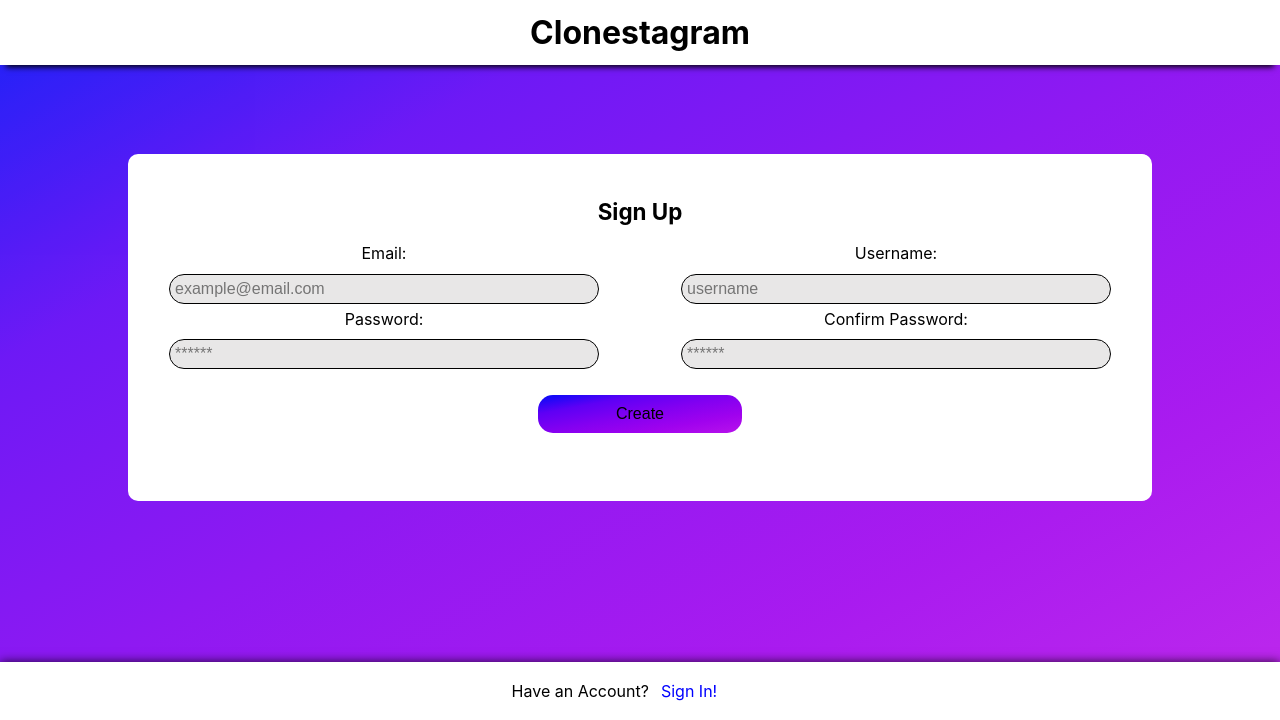
Repository: MikeMoore55/clonestagram
Page: /signup
An editor plug-in stored every save of this project. The page is shown before and after the next save, followed by the edit.
The browser window is 1280 px wide. The pictures show the whole page.
The page's requests for data from a server got no answer. The project was rebuilt for these pictures with package versions that can differ from the ones it lists, and the page was loaded fresh each time. The framework's server and built-in components were replaced by stand-ins that run in the browser. No one was signed in, and anything a server would have sent is missing. Also part of the build but not shown: next.config.js.

Above is the page before, as saved 2022-11-18 09:10:02.

### pages/_app.jsx
import Layout from '../components/Layout/Layout';
import '../styles/globals.css';

export default function MyApp({ Component, pageProps }) {
  return (
    <Layout>
      <Component {...pageProps} />
    </Layout>
  );
};

### pages/signup.jsx
import React from 'react';
import SignUpForm from '../components/Auth/SignUpForm';

export default function signup() {
    return (
        <div>
            <SignUpForm/>
        </div>
    );
};

### components/Layout/Layout.jsx
import React from 'react';
import Header from './Header';

export default function Layout({children}) {
  return (
    <div id='Layout'>
      <Header />
      {children}
    </div>
  );
};

### styles/globals.css
html,
body {
  padding: 0;
  margin: 0;
  font-family: -apple-system, BlinkMacSystemFont, Segoe UI, Roboto, Oxygen,
    Ubuntu, Cantarell, Fira Sans, Droid Sans, Helvetica Neue, sans-serif;
}

a {
  color: inherit;
  text-decoration: none;
}

* {
  box-sizing: border-box;
}

@media (prefers-color-scheme: dark) {
  html {
    color-scheme: dark;
  }

  body {
    color: black;
    background: rgb(234, 233, 233);
  }
}

### components/Auth/SignUpForm.jsx
import React, { useState } from 'react';
import { useRouter } from 'next/router';
import Link from 'next/link';
import { SupaBaseDB } from '../../utils/dbconnect';
import styles from '../../styles/SignUp.module.css'

export default function SignUpForm() {

    const router = useRouter();

    const [email, setEmail] = useState('');
    const [password, setPassword] = useState('');
    const [confirmPassword, setConfirmPassword] = useState('');
    const [username, setUsername] = useState('');

    const [errMsg, setErrMsg] = useState('');

    const createAccount = async (event) => {
        event.preventDefault();

        if (confirmPassword == '' && password == '' && username == '' && confirmPassword == '') {
            setErrMsg('fields cannot be blank');
        }
        else if (confirmPassword !== password) {
            setErrMsg('passwords dont match, try again');
            setPassword('');
            setConfirmPassword('');
        }
        else {
            const res = await SupaBaseDB
                .from("account")
                .insert([
                    {
                        email: email,
                        password: password,
                        username: username,
                    }
                ]);
            if (res.error) {
                setErrMsg(JSON.stringify(res.error));
            }
            else {
                setErrMsg('');
                router.push("/signin"); // when successful take them to 'signin'
            };
        };
    };

    return (
        <div className={styles.container}>

            <form onSubmit={createAccount} className={styles.signUpForm}>

                <h2 className={styles.heading}>
                  Sign Up
                </h2>

                <div className={styles.inputAreas}>
                    <div>
                        <label className={styles.label}>
                            Email:
                        </label>
                        <input
                        type='text'
                        className={styles.input}
                        value={email}
                        onChange={(e) => setEmail(e.target.value)}
                        placeholder='example@email.com'/>
                    </div>
                    <div>
                        <label className={styles.label}>
                        Username:
                        </label>
                        <input
                        type='text'
                        className={styles.input}
                        value={username}
                        onChange={(e) => setUsername(e.target.value)}
                        placeholder='username'/>
                    </div>
                    <div>
                        <label className={styles.label}>
                            Password:
                        </label>
                        <input
                        type='password'
                        className={styles.input}
                        value={password}
                        onChange={(e) => setPassword(e.target.value)}
                        placeholder='******'/>
                    </div>
                    <div>
                        <label className={styles.label}>
                            Confirm Password:
                        </label>
                        <input
                        type='password'
                        className={styles.input}
                        value={confirmPassword}
                        onChange={(e) => setConfirmPassword(e.target.value)}
                        placeholder='******'/>
                    </div>
                </div>

                <button type='submit' className={styles.btn}>
                    Create
                </button>

                <p className={styles.errMsg}>
                    {errMsg}
                </p>

            </form>

            <div className={styles.backgroundFeature}>
                1
            </div>

            <div className={styles.signInSection}>
                Have an Account?
                <span className={styles.signInText}>
                    <Link href={'/signin'}>
                        Sign In!
                    </Link>
                </span>
            </div>

        </div>
    );
};

### components/Layout/Header.jsx
import React from 'react';
import styles from '../../styles/Header.module.css';

export default function Header() {
    return (
        <header className={styles.header}>
            <h1>Clonestagram</h1>
        </header>
    );
};

### utils/dbconnect.js
import { createClient } from "@supabase/supabase-js";

const supabaseUrl = process.env.NEXT_PUBLIC_SUPABASE_URL;
const supabaseApi = process.env.NEXT_PUBLIC_SUPABASE_API_KEY;

export const SupaBaseDB = createClient(supabaseUrl, supabaseApi);

### styles/SignUp.module.css
.container {
    position: relative;
    padding-top: 20%;
}

.signUpForm {
    position: relative;
    padding: 2% 0% 3% 0%;
    width: 80%;
    margin: 5% 10% 5% 10%;
    text-align: center;
    background-color: white;
    border-radius: 10px;
}

.heading {
    position: relative;
    text-align: center;
    font-size: 1.6em;
}

.label {
    position: relative;
    text-align: center;
    font-size: 1.1em;
}

.input {
    position: relative;
    margin: 5% 10% 5% 10%;
    width: 80%;
    background-color: rgb(232, 231, 231);
    border: solid 1px black;
    border-radius: 10px;
    font-size: 1em;
    padding: 1%;
    color: gray;
}

.input:active {
    border: 1px blue solid;
    transform: scale(1.1);
}

.input:hover {
    border: 1px blue solid;
    transform: scale(1.1);
}

.errMsg {
    position: relative;
    color: red;
}

.btn {
    position: relative;
    border: none;
    background-image: linear-gradient(to right bottom, #000bf8, #5e00f5, #8300f1, #a002ee, #b812eb);
    border-radius: 10px;
    padding: 2% 2% 2% 2%;
    width: 40%;
    margin: 1% 30% 1% 30%;
    font-size: 1em;
}

.btn:active {
    transform: scale((0.9));
}

.backgroundFeature {
    position: fixed;
    color: transparent;
    background-image: linear-gradient(to right bottom, #000bf8, #5e00f5, #8300f1, #a002ee, #b812eb);
    width: 100%;
    height: 100%;
    bottom: 0%;
    right: 0%;
    top: 0%;
    left: 0%;
    z-index: -1;
    opacity: 0.9;
}

.signInSection {
    position: fixed;
    width: 100%;
    bottom: 0%;
    left: 0%;
    right: 0%;
    box-shadow: 0px 0 10px rgba(0, 0, 0, 0.8);
    padding: 5% 5% 5% 5%;
    background-color: white;
    text-align: center;
}

.signInText {
    position: relative;
    color: blue;
    margin-left: 2%;
}

@media (min-width: 490px) {
    .container {
        padding-top: 17%;
    }

    .signUpForm {
        padding: 2% 0% 3% 0%;
        margin: 3% 10% 5% 10%;
    }

    .heading {
        font-size: 2.2em;
    }

    .label {
        font-size: 1.5em;
    }

    .input {
        margin: 3% 10% 4% 10%;
        font-size: 1.3em;
        padding: 1%;
        border-radius: 15px;
    }

    .errMsg {
        font-size: 1.3em;
    }

    .btn {
        margin: 1% 30% 1% 30%;
        font-size: 1.5em;
        border-radius: 15px;
    }

    .signInSection {
        padding: 4% 5% 4% 5%;
        font-size: 1.4em;
    }

    .signInText {
        position: relative;
        color: blue;
        margin-left: 2%;
    }
}

@media (min-width: 1000px) {
    .container {
        padding-top: 10%;
    }

    .signUpForm {
        padding: 2% 0% 1% 0%;
        margin: 2% 10% 1% 10%;
        width: 80%;
    }

    .heading {
        font-size: 1.4em;
    }

    .inputAreas {
        position: relative;
        display: grid;
        grid-template-columns: 50% 50%;
        width: 100%;
    }

    .label {
        font-size: 1em;
    }

    .input {
        margin: 2% 8% 1% 8%;
        width: 84%;
        font-size: 1em;
        padding: 1%;
    }

    .errMsg {
        font-size: 1em;
        margin-bottom: 5%;
    }

    .btn {
        margin: 2% 40% 0.32% 40%;
        width: 20%;
        font-size: 1em;
        padding: 1% 1% 1% 1%;
    }

    .signInSection {
        padding: 1.5% 5% 1.5% 1%;
        font-size: 1em;
    }

    .signInText {
        position: relative;
        color: blue;
        margin-left: 1%;
    }
}

### styles/Header.module.css
.header {
    position: fixed;
    top: 0%;
    left: 0%;
    right: 0%;
    width: 100%;
    text-align: center;
    background-color: white;
    box-shadow: 0 8px 6px -6px black;
    z-index: 5;
    margin: 0%;
    padding: 3.5%;
}

.header h1 {
    margin: 0%;
    padding: 0%;
}


@media (min-width: 490px) {
    .header {
        padding: 3%;
    }

    .header h1 {
        font-size: 2.7em;
    }
}

@media (min-width: 1000px) {
    .header {
        padding: 1%;
    }

    .header h1 {
        font-size: 2em;
    }
}

After the next save:
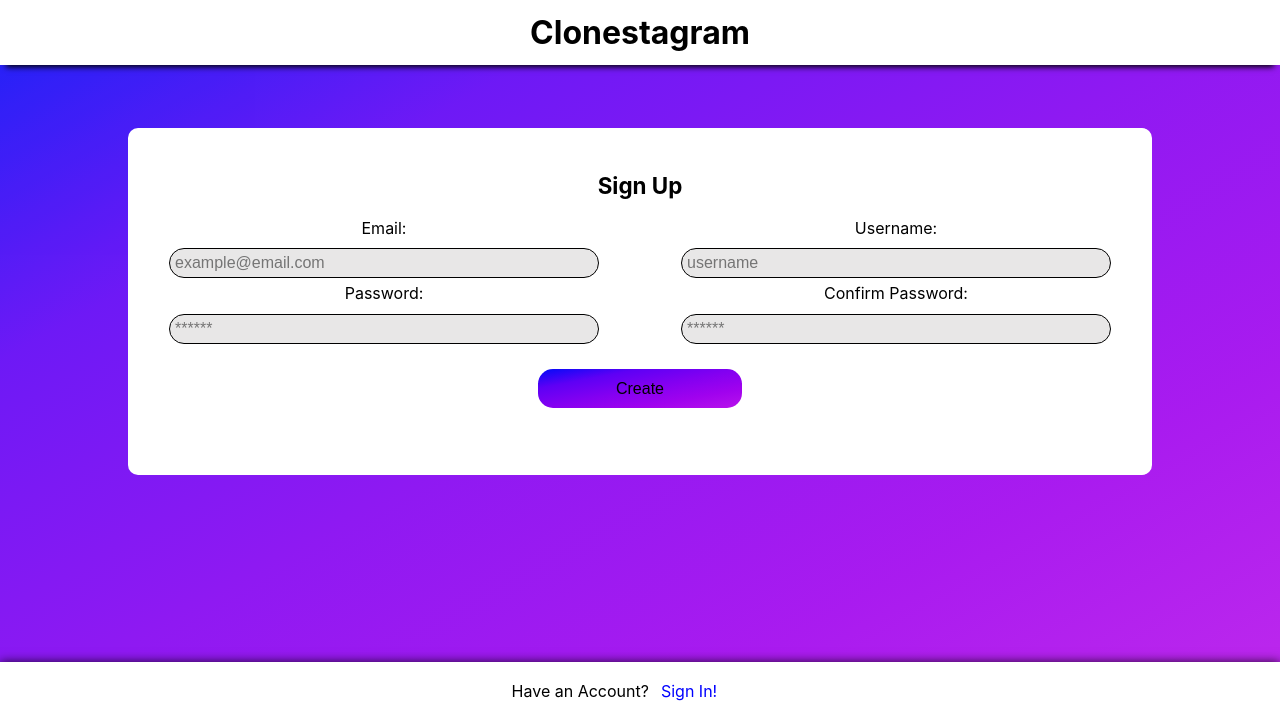
Saved 20 s later.
--- a/styles/SignUp.module.css
+++ b/styles/SignUp.module.css
@@ -148,7 +148,7 @@
 
 @media (min-width: 1000px) {
     .container {
-        padding-top: 10%;
+        padding-top: 8%;
     }
 
     .signUpForm {
